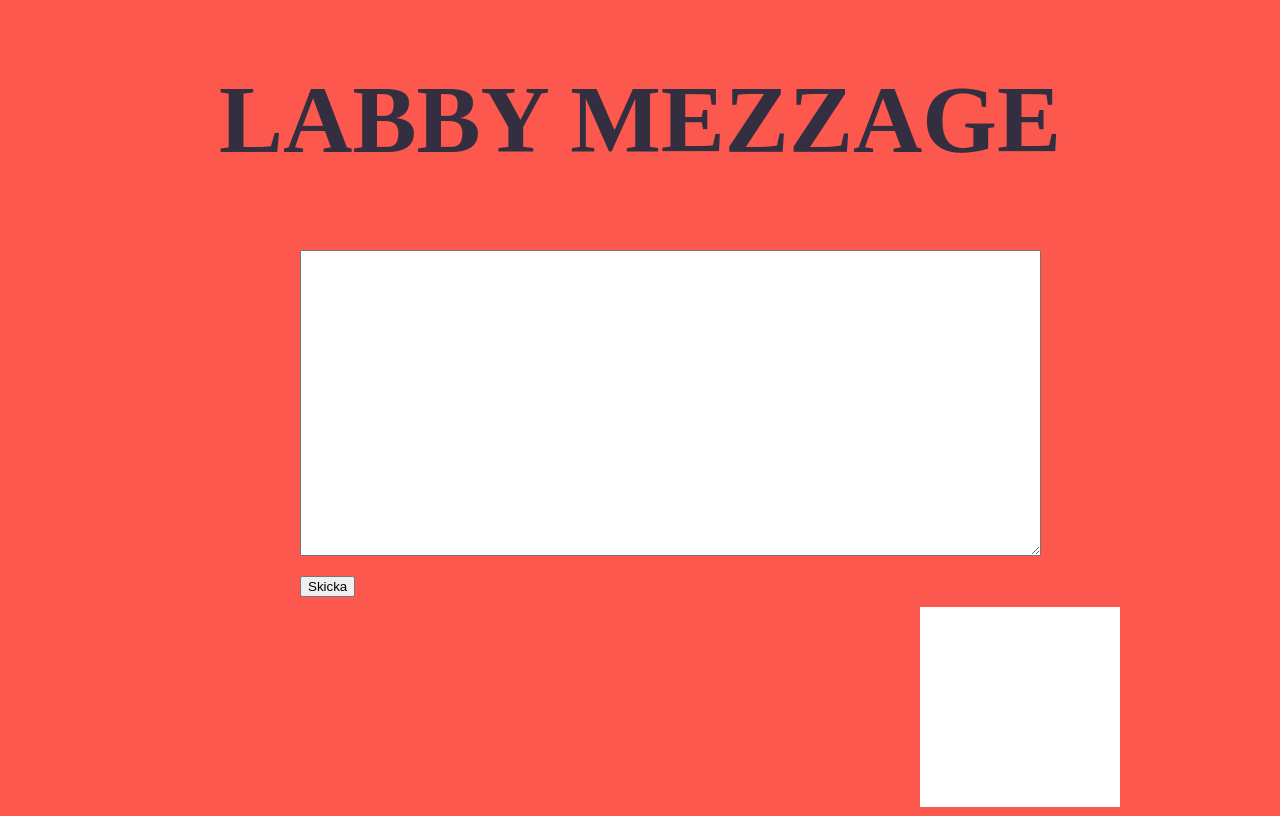
Repository: em222mt/1dv403-laborationer
Page: 2-labbymezzage/Index.html
The author's editor kept a record of every edit. The page is drawn from the files as they stood at one moment, then again after the next edit.
The browser window is 1280 px wide. The pictures show the whole page.

Above is the page before.

### 2-labbymezzage/Index.html
<!DOCTYPE html>
<html lang="sv">
<head>
	<meta charset="UTF-8" />
 	<title>Labby Mezzage</title>
    <link rel="stylesheet" href="css/style.css">
</head>
    <body>
        <header>
            <h1>LABBY MEZZAGE</h1>
        </header>

        <main>
            <div id="container">
                <section id="mainsection">
            		<form id="form">
                        <textarea id="formtext" cols="90" rows="20"></textarea>
                        <p id="value"></p>
                        <input id="send" type="submit" value="Skicka" />
                    </form>
                </section>
                <aside id="messagearea">

                </aside>
            </div>

        </main>

    	<script src="js/Message.js"></script>
    	<script src="js/MessageBoard.js"></script>
    	<script src="js/script.js"></script>

    </body>
</html>

### 2-labbymezzage/css/style.css
/*Layout*/

article, aside, details, figcaption, figure,
footer, header, hgroup, main, menu, nav{
    display: block;
    background-color: #FC584E;
}

a:link 	    { color: black; }
a:visited 	{ color: gray; }
a:focus 	{ color: #838283; }
a:hover	    { color: #6495ED; background-color: white;}
a:active 	{ color: #FFFFFF; }

/*Container*/

#container {
    max-width: 960px;
    overflow: auto;
    margin: 0 auto;
}
h1 {
    font-weight: bold;
    text-align: center;
    color: #332F40;
    font-size: 6em;
    font-family: Comic Sans, Comic Sans MS, cursive;
    text-decoration: uppercase;
}
#form {
    margin: 10px 50px 10px 140px;
    width: 700px;
}
body{
    background-color: #FC584E;
}

#mainsection{
    overflow: auto;
    margin: 0 auto;
}

#messagearea {
    float: right;
    background-color: white;
    width: 200px;
    height: 200px;

}

### 2-labbymezzage/js/Message.js
'use strict';

function Message(message, date){

    this.getText = function(){
        return message;
    };

    this.setText = function(_text){
        message = _text;
    };

    this.getDate = function(){
        return date;
    };

    this.setDate = function(_date){
        date = _date;
    };

}

Message.prototype.toString = function() {
                return this.getText()+" ("+this.getDate()+")";
};

Message.prototype.getHTMLText = function(){
    return this.getText().replace(/[\n\r]/g, "</br>");
};

Message.prototype.getDateText = function(){
    var now = new Date();
    var hours = now.getHours();
    var minutes = now.getMinutes();
    var seconds = now.getSeconds();

    //IF-sats för att lägga till nollor som i C#?

    var formattedTime = hours +":"+ minutes +":"+seconds;
        return formattedTime;
};

### 2-labbymezzage/js/MessageBoard.js
'use strict';

var MessageBoard = {

    messages: [],

    init: function(e){
        // var mess = new Message();
        var text = document.getElementById("formtext");

        var submit = document.getElementById("send");
    },

    // renderMessages: function(){
    //     //Ta bort alla meddelanden
    //     document.getElementById("formtext".innerHTML = "");

    //     //Rendera alla meddelanden
    //     for (var i = 0; i < MessageBoard.messages.length; ++i){
    //         MessageBoard.renderMessage(i);
    //     }
    // },

    // renderMessage: function(text){
    //     //Kod här för att ta bort ett meddelande.
    // }

};

window.onload = MessageBoard.init;

Loaded but not shown: 2-labbymezzage/js/script.js (common file)

After the next edit:
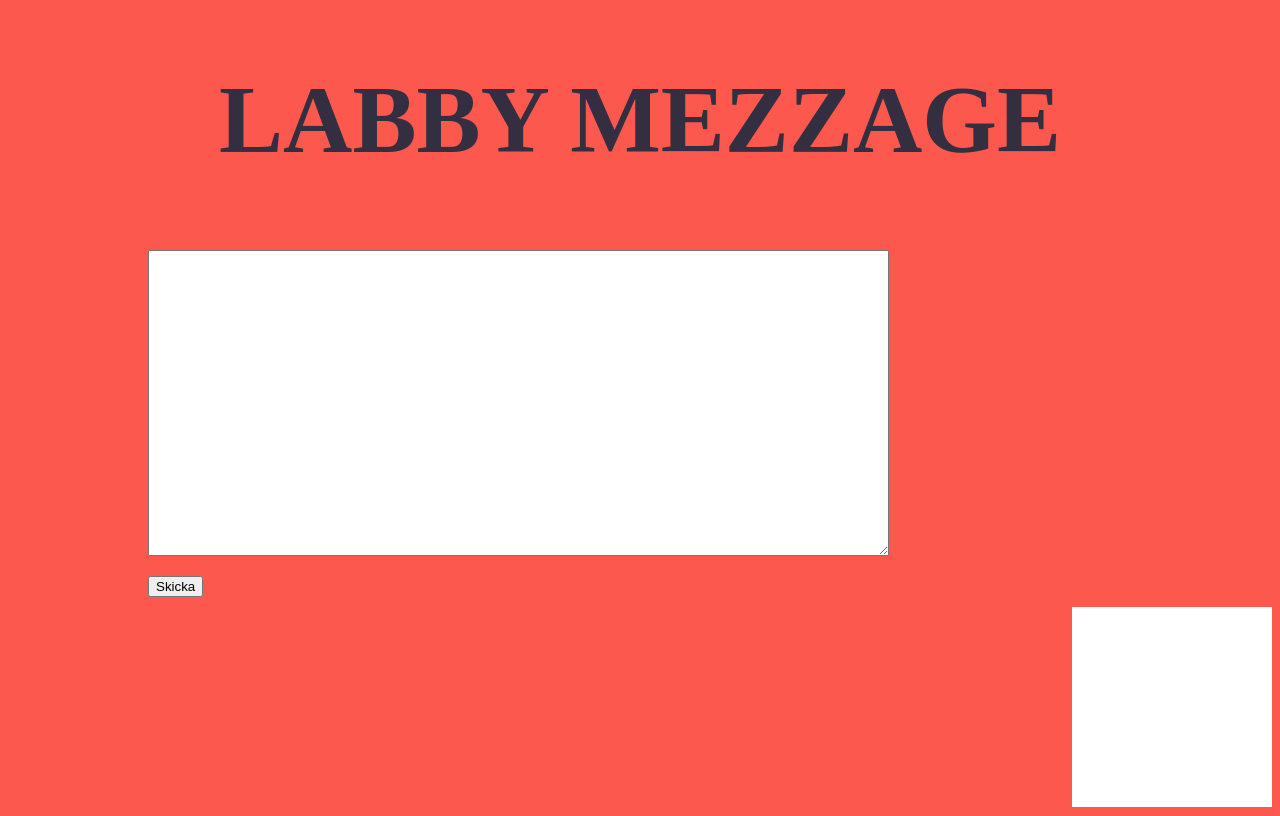
The edit:
--- a/2-labbymezzage/css/style.css
+++ b/2-labbymezzage/css/style.css
@@ -15,7 +15,7 @@
 /*Container*/
 
 #container {
-    max-width: 960px;
+    max-width: 1600px;
     overflow: auto;
     margin: 0 auto;
 }
